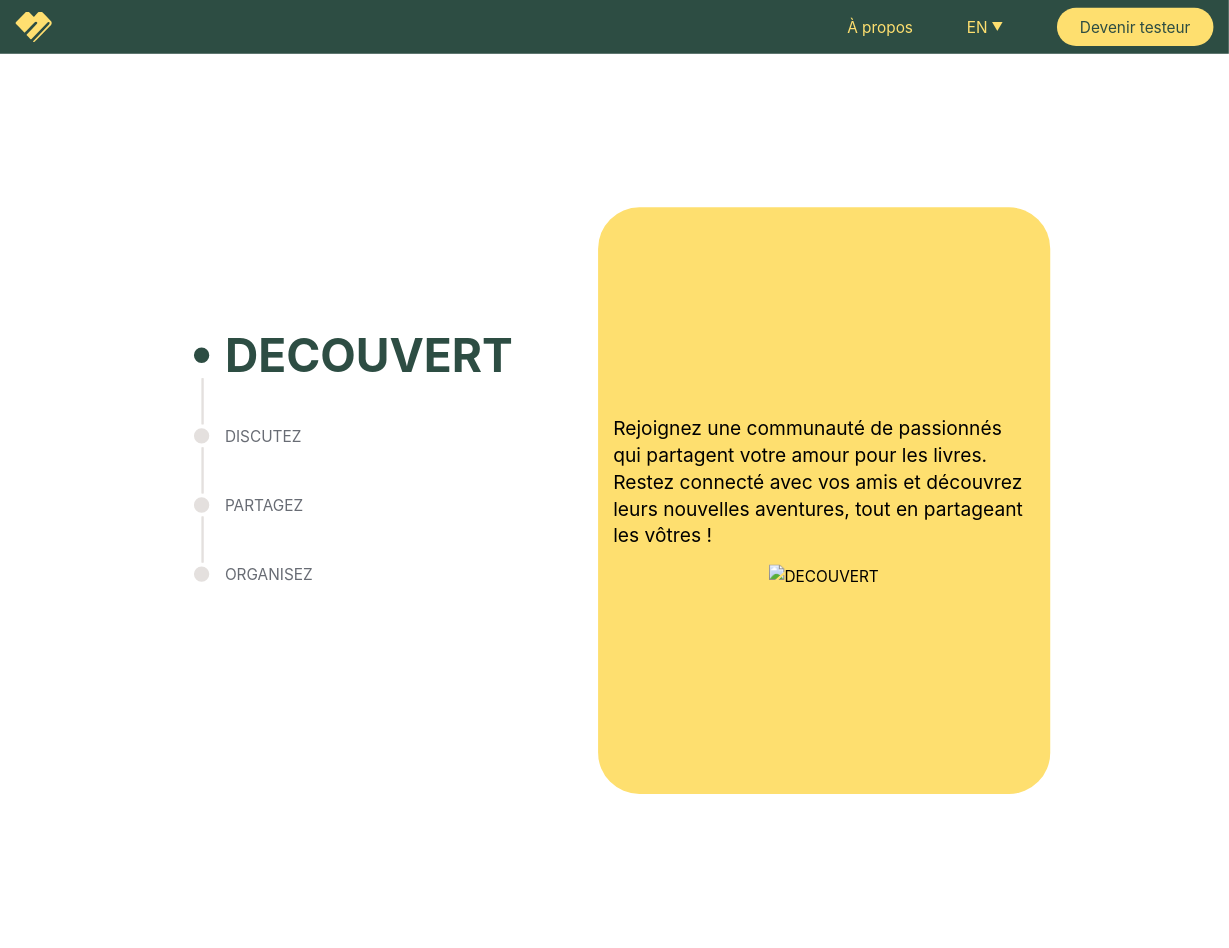
Repository: enas-elm/bookish-landing
Page: /
An editor plug-in stored every save of this project. The page is shown before and after a run of saves, followed by the edit.
The browser window is 1280 px wide. The pictures show the whole page, at 96% of full size.
The project was rebuilt for these pictures with package versions that can differ from the ones it lists, and the page was loaded fresh each time.

Above is the page before, as saved 2024-09-12 10:54:12.

### src/index.css
@tailwind base;
@tailwind components;
@tailwind utilities;

body {
  margin: 0;
  font-family: -apple-system, BlinkMacSystemFont, 'Segoe UI', 'Roboto', 'Oxygen',
    'Ubuntu', 'Cantarell', 'Fira Sans', 'Droid Sans', 'Helvetica Neue',
    sans-serif;
  -webkit-font-smoothing: antialiased;
  -moz-osx-font-smoothing: grayscale;
}

code {
  font-family: source-code-pro, Menlo, Monaco, Consolas, 'Courier New',
    monospace;
}

@layer base {
  @font-face {
      font-family: 'DM Sans Italic';
      src: url('../public/font/DMSans-VariableFont_opsz,wght.ttf') format('truetype');
      font-weight: 100 900;
       font-style: italic;
  }
  @font-face {
        font-family: "Passion One";
        src: url('../public/font/PassionOne-Regular.ttf') format('truetype');
        font-weight: normal;
        font-style: normal;
    }
    @font-face {
            font-family: "DM Display";
            src: url('../public/font/DMSerifDisplay-Regular.ttf') format('truetype');
            font-weight: normal;
            font-style: normal;
        }
    @font-face {
                font-family: "Inter";
                src: url('../public/font/Inter-VariableFont_opsz,wght.ttf') format('truetype');
                font-weight: 700;
            }
}

### src/App.js
import "./App.css";
import Navbar from "./components/Navbar";
import "./index.css";
import TimeLine from "./components/TimeLine";

function App() {
  return (
    <div className="App">
      <header className="header">
        <Navbar />
      </header>
      <TimeLine />
    </div>
  );
}

export default App;

### src/components/Navbar.js
import React, { useState, useRef, useEffect } from 'react'

const Navbar = () => {
  const [language, setLanguage] = useState('EN')
  const [dropdownOpen, setDropdownOpen] = useState(false)
  const dropdownRef = useRef(null)

  const toggleDropdown = () => {
    setDropdownOpen(!dropdownOpen)
  };

  const selectLanguage = (lang) => {
    setLanguage(lang)
    setDropdownOpen(false)
  };

  useEffect(() => {
    const handleClickOutside = (event) => {
      if (dropdownRef.current && !dropdownRef.current.contains(event.target)) {
        setDropdownOpen(false)
      }
    };
    document.addEventListener('mousedown', handleClickOutside)
    return () => {
      document.removeEventListener('mousedown', handleClickOutside)
    };
  }, [])

  return (
    <nav className="w-full bg-green px-4 py-2 flex justify-between items-center">
      <div className="flex-shrink-0">
        <img src="/Vector-jaune.svg" alt="Bookish" className="h-8" />
      </div>

      <div className="flex items-center gap-5 justify-end space-x-6">
        <a href="/about" className="hover:underline text-yellow">
          À propos
        </a>
        <div className="relative" ref={dropdownRef}>
          <button
            className="bg-transparent text-yellow px-3 py-1 focus:outline-none flex items-center gap-1"
            onClick={toggleDropdown}
          >
            {language} <span className="text-xs">▼</span>
          </button>

          {dropdownOpen && (
            <div className="absolute right-0 mt-2 py-2 w-32 bg-white text-black rounded-md shadow-lg z-10">
              <button
                className={`block w-full text-left px-4 py-2 hover:bg-gris ${language === 'EN' ? 'bg-gris' : ''}`}
                onClick={() => selectLanguage('EN')}
              >
                EN
              </button>
              <button
                className={`block w-full text-left px-4 py-2 hover:bg-gris ${language === 'FR' ? 'bg-gris' : ''}`}
                onClick={() => selectLanguage('FR')}
              >
                FR
              </button>
            </div>
          )}
        </div>

        <button className="bg-yellow text-green px-6 py-2 rounded-full hover:bg-yellow-500 hover:scale-105 hover:shadow-lg transition transform duration-300 ease-in-out">
          Devenir testeur
        </button>
      </div>
    </nav>
  )
}

export default Navbar

### src/components/TimeLine.js
import React, { useState } from "react";
import image1 from "../../public/decouvrez.svg";

const menuItems = [
  {
    id: 1,
    label: "DECOUVERT",
    description:
      "Rejoignez une communauté de passionnés qui partagent votre amour pour les livres. Restez connecté avec vos amis et découvrez leurs nouvelles aventures, tout en partageant les vôtres !",
    color: "#FEDF6F",
    imageUrl: '',
  },
  {
    id: 2,
    label: "DISCUTEZ",
    description:
      "Rejoignez des clubs ou partagez des messages avec d'autres fans de livres ou d'autres passionnés.",
    color: "#8EBDAF",
    imageUrl: "https://via.placeholder.com/150/4682B4",
  },
  {
    id: 3,
    label: "PARTAGEZ",
    description:
      "Partagez vos listes de lecture avec une communauté de lecteurs tout aussi curieux que vous. Donnez votre avis sur les livres qui vous ont marqué ou déçu, et inspirez les autres à découvrir de nouvelles histoires.",
    color: "#FEDF6F",
    imageUrl: "https://via.placeholder.com/150/32CD32",
  },
  {
    id: 4,
    label: "ORGANISEZ",
    description:
      "Organisez vos lectures en créant des listes personnalisées qui vous ressemblent. Rejoignez des clubs de lecture pour échanger et découvrir de nouveaux horizons littéraires avec d'autres passionnés.",
    color: "#55917E",
    imageUrl: "https://via.placeholder.com/150/FFD700",
  },
];

function TimelineMenu() {
  // Initialiser avec le premier élément (DECOUVERT)
  const [selectedItem, setSelectedItem] = useState(menuItems[0]);

  const handleClick = (item) => {
    setSelectedItem(item);
  };

  return (
    <div className="p-40 lg:flex lg:flex-row lg:justify-around lg:items-center">
      {/* Menu Items */}
      <div className="w-96 h-96 flex flex-col items-start p-4">
        {menuItems.map((item, index) => (
          <div key={item.id} className="flex flex-col items-start">
            {/* Timeline Item */}
            <div
              onClick={() => handleClick(item)}
              className={`flex items-center cursor-pointer transition-colors mb-4 ${
                selectedItem?.id === item.id ? "text-green " : "text-gray-700"
              }`}
            >
              <div
                className={`w-4 h-4 rounded-full border-2 mr-4 transition-colors ${
                  selectedItem?.id === item.id
                    ? "bg-green"
                    : "bg-gris border-gris"
                }`}
              ></div>
              <span
                className={`transition-transform duration-300 text-3xl ${
                  selectedItem?.id === item.id
                    ? "text-5xl font-bold "
                    : "text-base text-noirClair text-4xl"
                }`}
              >
                {item.label}
              </span>
            </div>
            {/* Vertical Line */}
            {index < menuItems.length - 1 && (
              <div
                className={`h-12 bg-gris -mt-4 border-gris border-l-2 ml-2 transition-colors ${
                  selectedItem?.id === item.id
                    ? "border-blue-500"
                    : "border-gray-400"
                }`}
              ></div>
            )}
          </div>
        ))}
      </div>

      {/* Details Section */}
      <div
        className="w-471 h-611 flex flex-col justify-center items-center p-4 rounded-[43px]"
        style={{
          backgroundColor: selectedItem ? selectedItem.color : "#ffffff",
        }}
      >
        {selectedItem ? (
          <>
            <p className="text-xl text-left">{selectedItem.description}</p>
            <img
              src={selectedItem.imageUrl}
              alt={selectedItem.label}
              className="mt-4"
            />
          </>
        ) : (
          <p>Bonjour</p>
        )}
      </div>
    </div>
  );
}

export default TimelineMenu;

### tailwind.config.js
/** @type {import('tailwindcss').Config} */
module.exports = {
  content: ["./src/**/*.{js,jsx,ts,tsx}"],
  theme: {
    colors: {
      green: "#2D4D43",
      greenlight: "#8EBDAF",
      white: "#FAFAFA",
      beige: "#D8CCB5",
      black: "#131313",
      gris: "#E4E0DE",
      "gris-foncé": "#1B1E28",
      yellow: "#FEDF6F",
      noirClair: "#686C74",
    },

    fontFamily: {
      "dm-sans-italic": ['"DM Sans Italic"', "sans-serif"],
      "passion-one": ["PassionOne-Regular"],
      "dm-display": ["DMSerifDisplay-Regular"],
      inter: ["Inter"],
    },
    extend: {
      width: {
        471: "471px",
      },
      height: {
        611: "611px",
      },
    },
  },
  plugins: [],
};

Loaded but not shown: public/index.html (common file); src/index.js (common file); src/reportWebVitals.js (common file); src/App.css (common file)

After the next 3 saves:
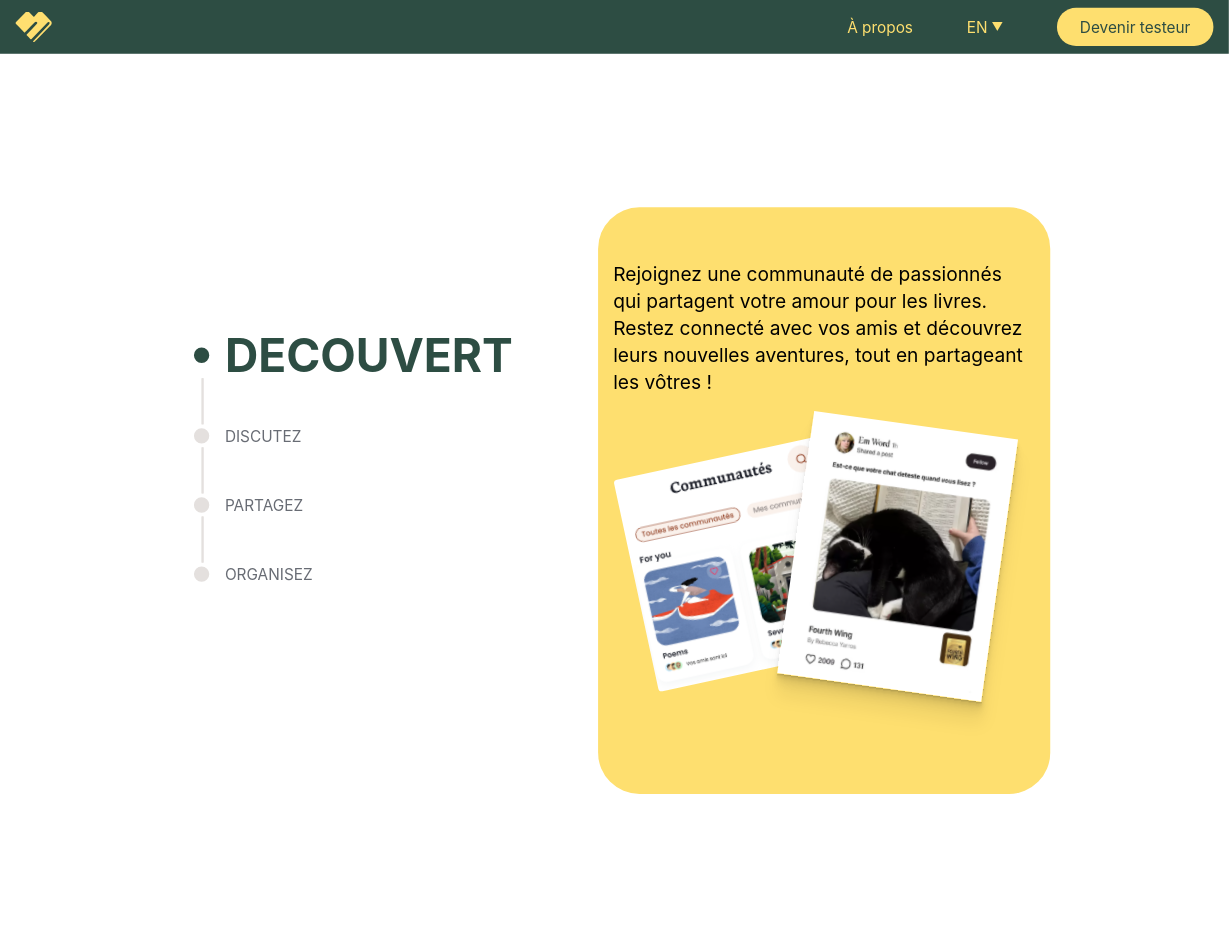
The 3 saves are shown as one change because they came seconds apart.
The last was saved 9 s later.
--- a/src/components/TimeLine.js
+++ b/src/components/TimeLine.js
@@ -1,5 +1,4 @@
 import React, { useState } from "react";
-import image1 from "../../public/decouvrez.svg";
 
 const menuItems = [
   {
@@ -8,7 +7,7 @@ const menuItems = [
     description:
       "Rejoignez une communauté de passionnés qui partagent votre amour pour les livres. Restez connecté avec vos amis et découvrez leurs nouvelles aventures, tout en partageant les vôtres !",
     color: "#FEDF6F",
-    imageUrl: '',
+    imageUrl: "../../public/decouvrez.svg",
   },
   {
     id: 2,
